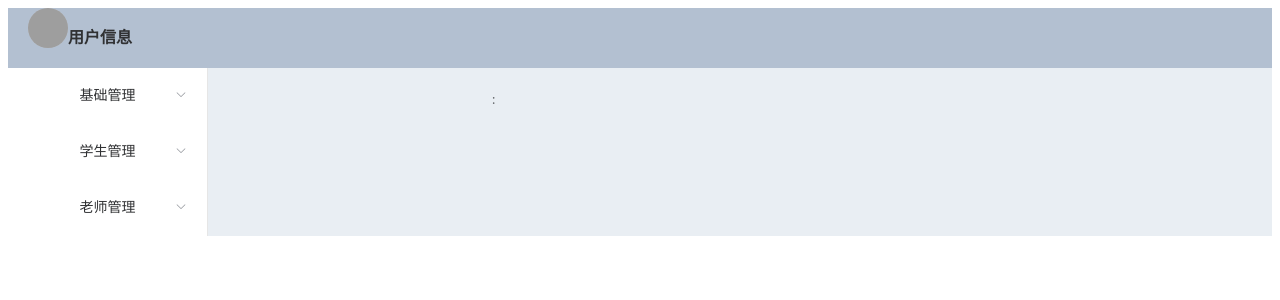
Repository: lwm9704/school-front
Page: /#/home
These files come from the project's save history. The page is drawn as it stood at one moment and after the next save; the edit follows.
The browser window is 1280 px wide. The pictures show the whole page.
Pictures or frames that could not be fetched are drawn as grey boxes. The project was rebuilt for these pictures with package versions that can differ from the ones it lists, and the page was loaded fresh each time. Also part of the build but not shown: src/view/login.vue.

Above is the page before, as saved 2021-11-15 15:28:24.

After the next save:
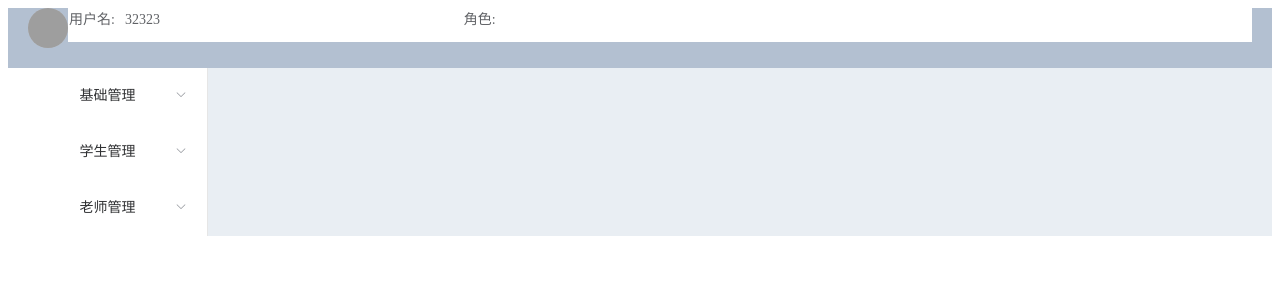
Saved 44 s later.
--- a/src/components/myHeader.vue
+++ b/src/components/myHeader.vue
@@ -7,7 +7,7 @@
         ></el-avatar>
       </div>
       <div class="charInfo">
-        <el-descriptions title="用户信息">
+        <el-descriptions>
           <el-descriptions-item label="用户名"
             >{{userInfo.account}}</el-descriptions-item
           >

After the 2 saves that followed:
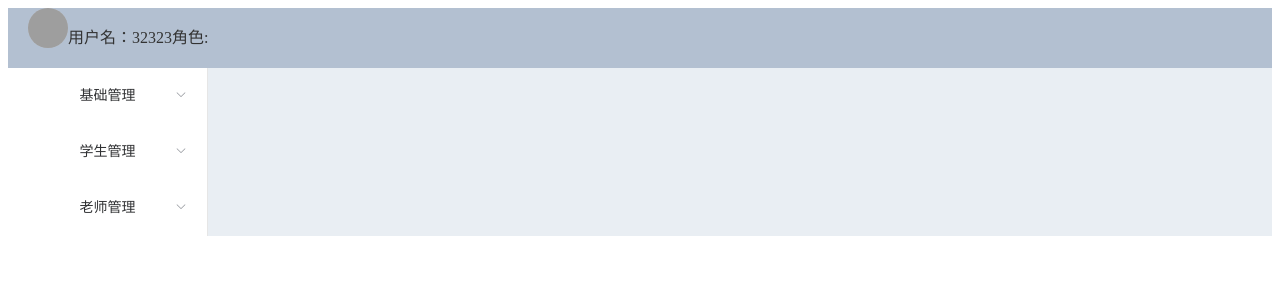
The 2 saves are shown as one change because 1 left the picture as it was.
The last was saved 3 min 10 s later.
--- a/src/components/myHeader.vue
+++ b/src/components/myHeader.vue
@@ -7,14 +7,8 @@
         ></el-avatar>
       </div>
       <div class="charInfo">
-        <el-descriptions>
-          <el-descriptions-item label="用户名"
-            >{{userInfo.account}}</el-descriptions-item
-          >
-          <el-descriptions-item label="角色"
-            >{{userInfo.role}}</el-descriptions-item
-          >
-        </el-descriptions>
+        <span>用户名：{{userInfo.account}}</span>
+        <span>角色:{{userInfo.role}}</span>
       </div>
     </div>
   </div>
